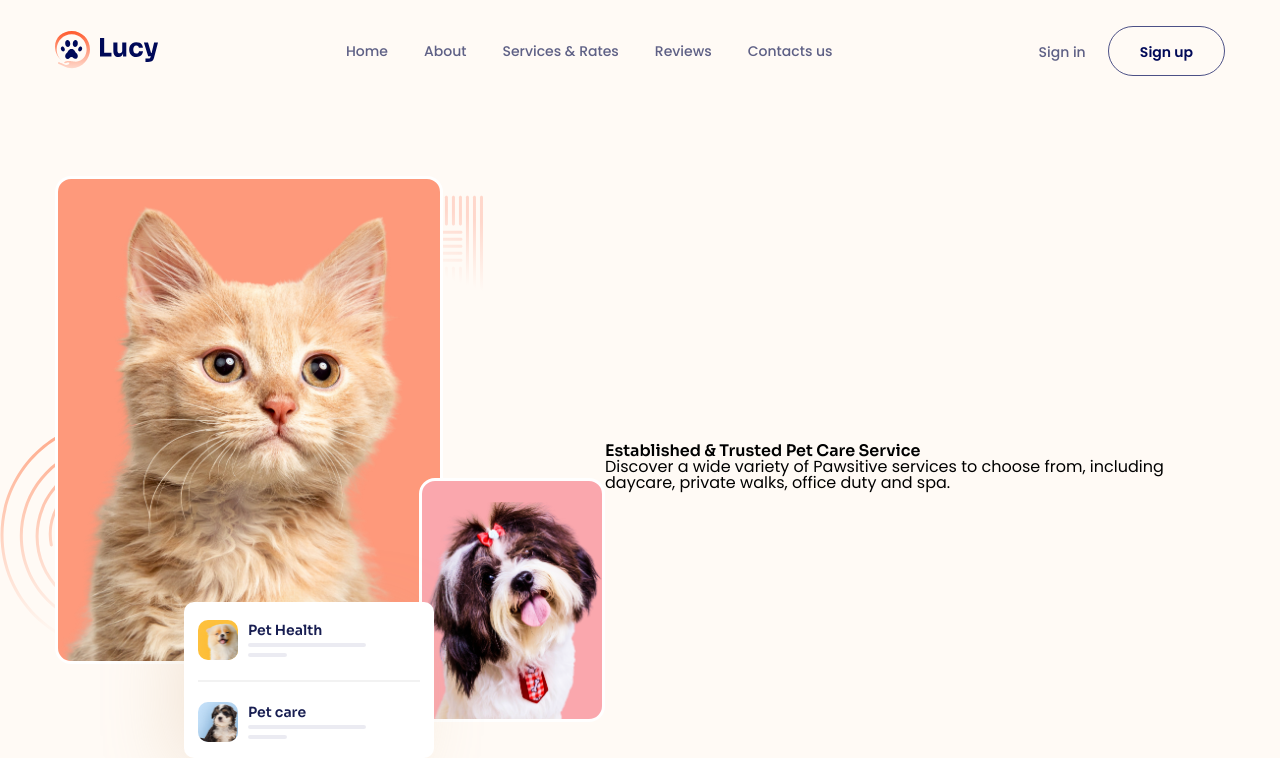
Repository: empty24062002/f8-project-05
Page: index.html
The author's editor kept a copy of each file at every save. The page is drawn from the files as they stood at one save, then again after the next save.
The browser window is 1280 px wide. The pictures show the whole page.

Above is the page before, as saved 2023-09-09 18:10:16.

### index.html
<!DOCTYPE html>
<html lang="en">
    <head>
        <meta charset="UTF-8" />
        <meta name="viewport" content="width=device-width, initial-scale=1.0" />
        <title>Lucy</title>
        <!-- favicon -->
        <link
            rel="apple-touch-icon"
            sizes="57x57"
            href="./assets/favicon/apple-icon-57x57.png"
        />
        <link
            rel="apple-touch-icon"
            sizes="60x60"
            href="./assets/favicon/apple-icon-60x60.png"
        />
        <link
            rel="apple-touch-icon"
            sizes="72x72"
            href="./assets/favicon/apple-icon-72x72.png"
        />
        <link
            rel="apple-touch-icon"
            sizes="76x76"
            href="./assets/favicon/apple-icon-76x76.png"
        />
        <link
            rel="apple-touch-icon"
            sizes="114x114"
            href="./assets/favicon/apple-icon-114x114.png"
        />
        <link
            rel="apple-touch-icon"
            sizes="120x120"
            href="./assets/favicon/apple-icon-120x120.png"
        />
        <link
            rel="apple-touch-icon"
            sizes="144x144"
            href="./assets/favicon/apple-icon-144x144.png"
        />
        <link
            rel="apple-touch-icon"
            sizes="152x152"
            href="./assets/favicon/apple-icon-152x152.png"
        />
        <link
            rel="apple-touch-icon"
            sizes="180x180"
            href="./assets/favicon/apple-icon-180x180.png"
        />
        <link
            rel="icon"
            type="image/png"
            sizes="192x192"
            href="./assets/favicon/android-icon-192x192.png"
        />
        <link
            rel="icon"
            type="image/png"
            sizes="32x32"
            href="./assets/favicon/favicon-32x32.png"
        />
        <link
            rel="icon"
            type="image/png"
            sizes="96x96"
            href="./assets/favicon/favicon-96x96.png"
        />
        <link
            rel="icon"
            type="image/png"
            sizes="16x16"
            href="./assets/favicon/favicon-16x16.png"
        />
        <link rel="manifest" href="./assets/favicon/manifest.json" />
        <meta name="msapplication-TileColor" content="#ffffff" />
        <meta
            name="msapplication-TileImage"
            content="./assets/favicon/ms-icon-144x144.png"
        />
        <meta name="theme-color" content="#ffffff" />
        <!-- reset CSS -->
        <link rel="stylesheet" href="./assets/css/reset.css" />
        <!-- embed font -->
        <link rel="preconnect" href="https://fonts.googleapis.com" />
        <link rel="preconnect" href="https://fonts.gstatic.com" crossorigin />
        <link
            href="https://fonts.googleapis.com/css2?family=Poppins:wght@300;400;500;600&family=Sora:wght@600;700;800&display=swap"
            rel="stylesheet"
        />
        <!-- style css -->
        <link rel="stylesheet" href="./assets/css/styles.css" />
    </head>
    <body>
        <!-- header -->
        <header class="header">
            <div class="container">
                <div class="header__inner">
                    <!-- logo -->
                    <a href="#!">
                        <img
                            src="./assets/img/logo.svg"
                            alt="Lucy"
                            class="header__logo"
                        />
                    </a>
                    <!-- navbar -->
                    <nav class="navbar">
                        <ul class="navbar__list">
                            <li class="navbar__item">
                                <a href="#!" class="navbar__link"> Home </a>
                            </li>
                            <li class="navbar__item">
                                <a href="#!" class="navbar__link"> About </a>
                            </li>
                            <li class="navbar__item">
                                <a href="#!" class="navbar__link"
                                    >Services & Rates
                                </a>
                            </li>
                            <li class="navbar__item">
                                <a href="#!" class="navbar__link"> Reviews </a>
                            </li>
                            <li class="navbar__item">
                                <a href="#!" class="navbar__link">
                                    Contacts us
                                </a>
                            </li>
                        </ul>
                    </nav>
                    <!-- header action -->
                    <div class="header-action">
                        <a href="#!" class="header-action__link">Sign in</a>
                        <a href="#!" class="btn header-action__btn">Sign up</a>
                    </div>
                </div>
            </div>
        </header>
        <!-- hero -->
        <section class="hero">
            <div class="container">
                <div class="hero__inner">
                    <!-- hero media -->
                    <div class="hero__media">
                        <div class="hero__img-wrap">
                            <img
                                src="./assets/img/hero__img1.png"
                                alt=""
                                class="hero__img"
                            />

                            <!-- Decorators -->
                            <img
                                src="./assets/img/decor__01.svg"
                                alt=""
                                class="hero__decor hero__decor-left"
                            />
                            <img
                                src="./assets/img/decor__02.svg"
                                alt=""
                                class="hero__decor hero__decor-right"
                            />
                        </div>
                        <div class="hero__img-wrap hero__img-wrap-small">
                            <img
                                src="./assets/img/hero__img2.png"
                                alt=""
                                class="hero__img"
                            />
                        </div>

                        <div class="hero__list">
                            <!-- hero list item 1 -->
                            <section class="hero-list-item">
                                <img
                                    src="./assets/img/hero__img3.png"
                                    alt=""
                                    class="hero-list-item__thump"
                                />
                                <div class="hero-list-item__info">
                                    <p class="hero-list-item__title">
                                        Pet Health
                                    </p>
                                    <div class="hero-list-item__skeleton"></div>
                                    <div
                                        class="hero-list-item__skeleton"
                                        style="--width: 39px"
                                    ></div>
                                </div>
                            </section>

                            <div class="hero-list-item__separate"></div>
                            <!-- hero list item 2 -->
                            <section class="hero-list-item">
                                <img
                                    src="./assets/img/hero__img4.png"
                                    alt=""
                                    class="hero-list-item__thump"
                                />
                                <div class="hero-list-item__info">
                                    <p class="hero-list-item__title">
                                        Pet care
                                    </p>
                                    <div class="hero-list-item__skeleton"></div>
                                    <div
                                        class="hero-list-item__skeleton"
                                        style="--width: 39px"
                                    ></div>
                                </div>
                            </section>
                        </div>
                    </div>
                    <!-- hero content -->
                    <section class="hero__content">
                        <h1 class="hero__heading">
                            Established & Trusted Pet Care Service
                        </h1>
                        <p class="hero__desc">
                            Discover a wide variety of Pawsitive services to
                            choose from, including daycare, private walks,
                            office duty and spa.
                        </p>
                    </section>
                </div>
            </div>
        </section>
    </body>
</html>

### assets/css/styles.css
* {
    box-sizing: border-box;
}

html {
    font-size: 62.5%;
}

body {
    font-size: 1.6rem;
    font-family: "Poppins", sans-serif;
    background: #fffaf5;
}

/* common */

h1,
h2,
h3,
h4,
h5,
h6 {
    font-family: "Sora", sans-serif;
}

input,
textarea,
select,
button {
    font-size: inherit;
    font-family: inherit;
}

a {
    text-decoration: none;
}

.container {
    width: 1170px;
    max-width: calc(100% - 48px);
    margin: 0 auto;
}

.btn {
    --height: 56px;

    display: inline-block;
    min-width: 130px;
    height: var(--height);
    line-height: var(--height);
    border: 1px solid rgb(0, 9, 88, 0.7);
    border-radius: 99px;
    color: #000958;
    text-align: center;
    font-size: 1.4rem;
    font-weight: 600;
}

.btn:hover {
    opacity: 0.8;
}

/* header */
.header {
    padding: 26px 0;
}

.header__inner {
    display: flex;
    justify-content: space-between;
    align-items: center;
}

.navbar__list {
    display: flex;
}

.navbar__link,
.header-action__link {
    padding: 8px 18px;
    color: #5e6085;
    font-size: 1.4rem;
    font-weight: 500;
    line-height: 1; /* 100% */
}

.navbar__link:hover {
    color: #000958;
    text-shadow: 1px 0 0 currentColor;
}

.header-action__btn {
    --height: 50px;

    min-width: 117px;
}

/* hero */
.hero {
    margin-top: 74px;
}

.hero__inner {
    display: flex;
    justify-content: space-between;
    align-items: center;
}

.hero__media {
    display: flex;
    position: relative;
    padding-bottom: 94px;
}

.hero__img-wrap {
    position: relative;
    display: flex;
    justify-content: center;
    align-items: flex-end;
    width: 388px;
    height: 488px;
    border: 3px solid #fff;
    border-radius: 16px;
    background: #fe997b;
}

.hero__img {
    max-width: 100%;
    max-height: 100%;
    border-radius: inherit;
}

.hero__decor {
    position: absolute;
    z-index: -1;
}

.hero__decor-left {
    left: -58px;
    bottom: 10px;
}

.hero__decor-right {
    top: 16px;
    right: -43px;
}

.hero__img-wrap-small {
    align-self: flex-end;
    width: 186px;
    height: 244px;
    margin: 0 0 -58px -24px;
    border: 2px solod #f7dddf;
    background: #faa7ad;
}

.hero__list {
    position: absolute;
    left: 129px;
    bottom: 0;
    width: 250px;
    height: 156px;
    padding: 18px 14px;
    border-radius: 10px;
    background: #fff;
    box-shadow: -17px 14px 68px -4px rgba(207, 174, 132, 0.25);
}

.hero-list-item {
    display: flex;
    align-items: center;
}

.hero-list-item:nth-of-type(2) .hero-list-item__thump {
    background-color: #c6e2fa;
}

.hero-list-item__thump {
    width: 40px;
    height: 40px;
    border-radius: 10px;
    object-fit: cover;
    background: #fec23f;
}

.hero-list-item__info {
    margin-left: 10px;
}

.hero-list-item__title {
    color: #181e52;
    font-family: "Sora", sans-serif;
    font-size: 1.4rem;
    font-weight: 600;
    line-height: 1;
}

.hero-list-item__separate {
    margin: 20px 0;
    width: 100%;
    height: 2px;
    background: #f2f2f2;
}

.hero-list-item__skeleton {
    margin-top: 6px;
    width: var(--width, 118px);
    height: 4px;
    border-radius: 10px;
    opacity: 0.08;
    background: #000958;
}

Loaded but not shown: assets/css/reset.css (common file)

After the next save:
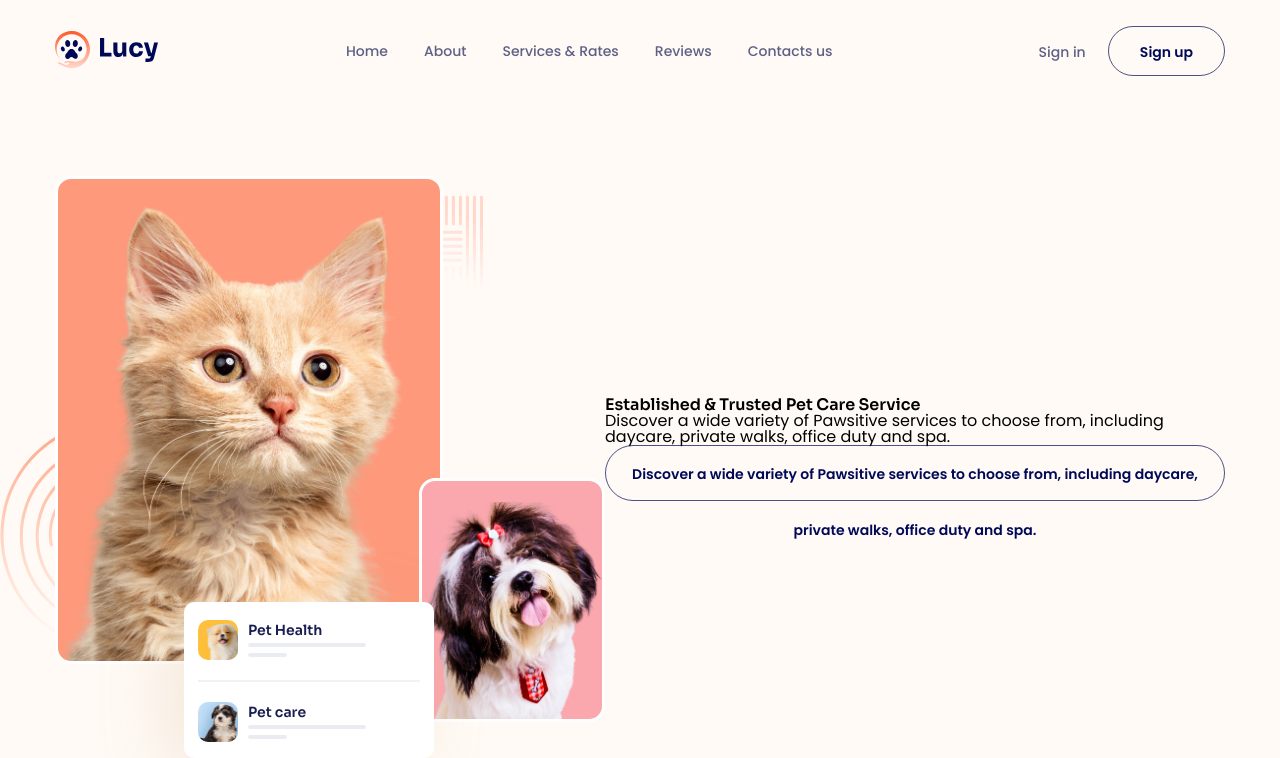
Saved 34 s later.
--- a/index.html
+++ b/index.html
@@ -222,6 +222,13 @@
                             choose from, including daycare, private walks,
                             office duty and spa.
                         </p>
+                        <div class="hero__row">
+                            <a href="#!" class="btn"
+                                >Discover a wide variety of Pawsitive services
+                                to choose from, including daycare, private
+                                walks, office duty and spa.</a
+                            >
+                        </div>
                     </section>
                 </div>
             </div>
